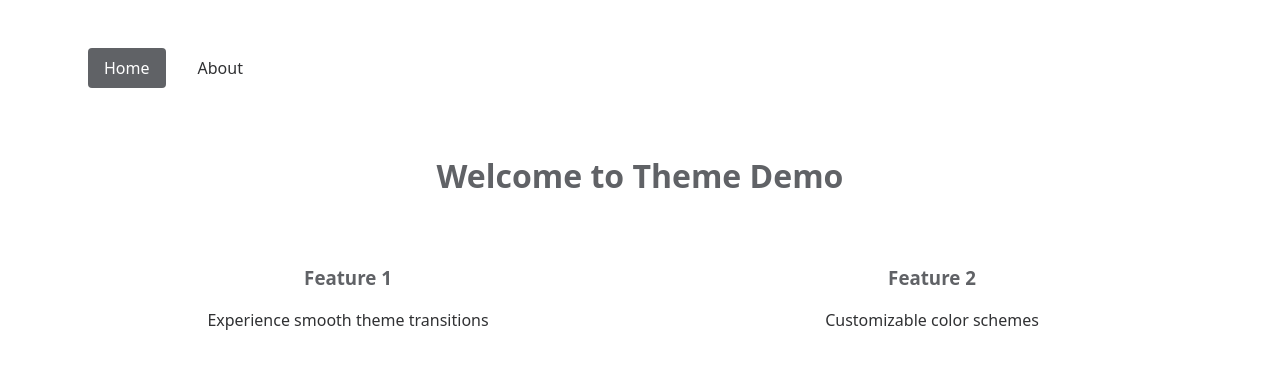
Repository: krislorem/multi
Page: /
These files come from the project's save history. The page is drawn as it stood at one moment and after the next save; the edit follows.
The browser window is 1280 px wide. The pictures show the whole page.
The project was rebuilt for these pictures with package versions that can differ from the ones it lists, and the page was loaded fresh each time. Also part of the build but not shown: vite.config.ts.

Above is the page before, as saved 2025-02-12 20:25:37.

After the next save:
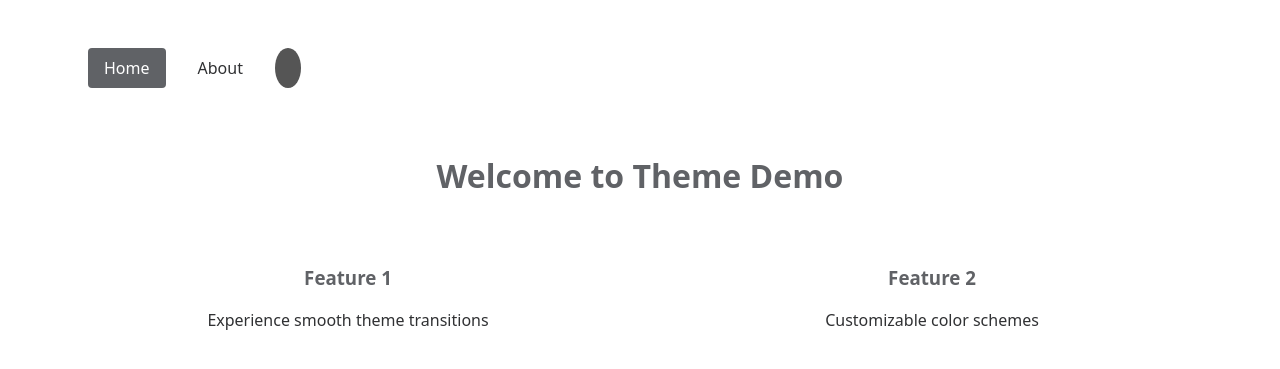
Saved 7 s later.
--- a/src/components/ThemeSwitcher.vue
+++ b/src/components/ThemeSwitcher.vue
@@ -90,7 +90,7 @@ onMounted(() => {
 
 <style lang="scss">
 .theme-switcher {
-  background: #fff;
+  background: #555;
   border: none;
   outline: none;
   padding: 0.8rem;
